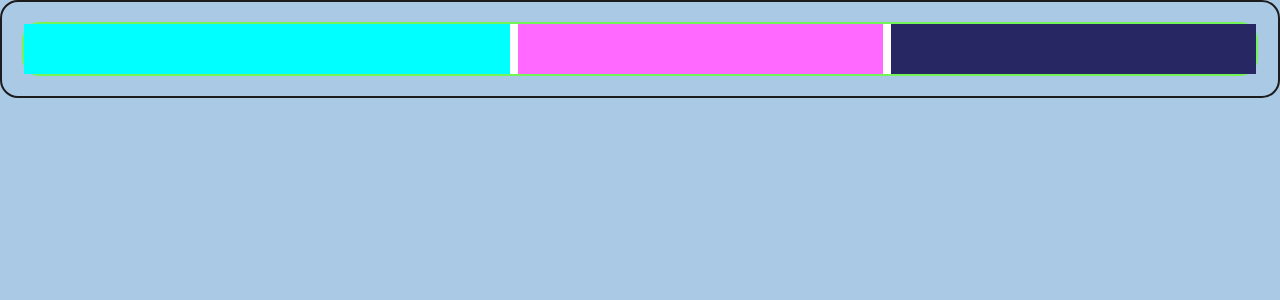
Repository: SbuKhoza/furniture
Page: /
The author's editor kept a copy of each file at every save. The page is drawn from the files as they stood at one save, then again after the next save.
The browser window is 1280 px wide. The pictures show the whole page.
The project was rebuilt for these pictures with package versions that can differ from the ones it lists, and the page was loaded fresh each time.

Above is the page before, as saved 2024-07-12 12:14:07.

After the next save:
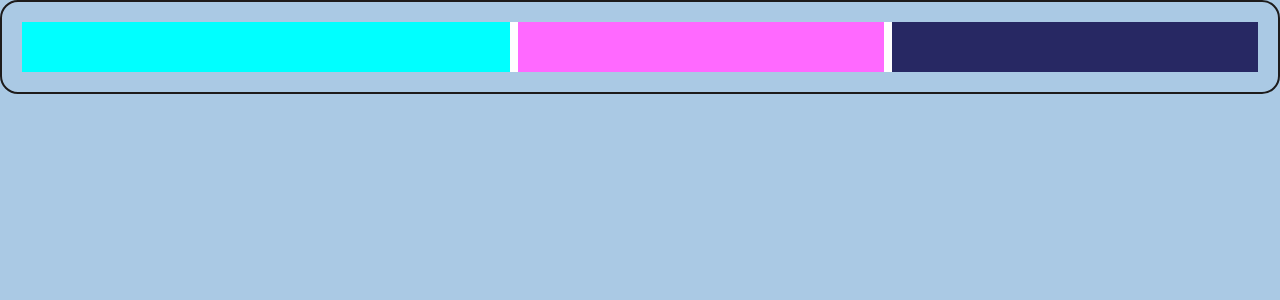
Saved 28 s later.
--- a/src/App.css
+++ b/src/App.css
@@ -23,7 +23,7 @@ nav {
   justify-content: space-between;
   align-items: center;
   height: 50px;
-  border: 2px solid rgb(115, 245, 89);
+  /* border: 2px solid rgb(115, 245, 89); */
   border-radius: 18px;
   gap: 0.5em;
 
